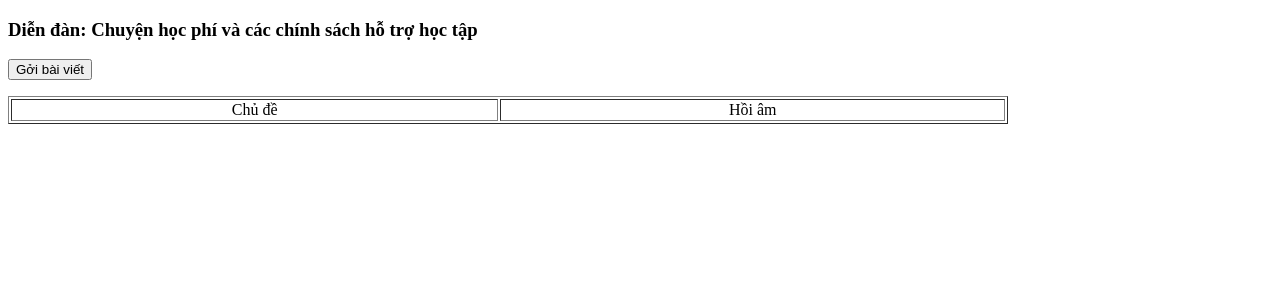
Repository: nguyenthanhnhan-st-961/GiuaKyChuyenDeWeb
Page: http://localhost/listTopics
These files come from the project's save history. The page is drawn as it stood at one moment and after the next save; the edit follows.
The browser window is 1280 px wide. The pictures show the whole page.
The page is this project's Thymeleaf template; nobody is signed in. The template is opened directly, without the code that normally fills it, so the values that code supplies are empty.

Above is the page before, as saved 2023-04-12 01:05:09.

### Forum/src/main/resources/templates/listTopics.html
<!DOCTYPE html>
<html xmlns:th="http://www.thymeleaf.org">
<head>
<meta charset="ISO-8859-1">
<title>List Topics</title>
<style>
	tr:nth-child(even), th:nth-child(even) {
	  background-color: #D6EEEE;
	}
</style>
</head>
<body>
	<h3>Diễn đàn: Chuyện học phí và các chính sách hỗ trợ học tập</h3>

	<p> <a href="#"><button type="button">Gởi bài viết</button></a></p>

	<table border="1" style="width:1000px">
		<thead>
			<tr align="center">
				<td>Chủ đề</td>
				<td>Hồi âm</td>
			</tr>
		</thead>
		<tbody>
			<tr th:each="topic : ${topics}">
				<td>
					<a th:href="@{/showTopic (id=${topic.getId()})}" th:text="${topic.title}"></a><br>
						 <p th:with="newMessage=${topic.getNewMessage()}">
							 Bài mới nhất by
							 <a href="#" th:if="${newMessage != null}" th:text="${newMessage.creator.username}"></a>,
							 <a href="#" th:if="${newMessage == null}" th:text="${topic.creator.username}"></a>,
							<span th:text="${topic.createdTime}"></span>

						 </p>
				</td>
				<td th:text="${topic.messages.size()}"></td>
			</tr>
		</tbody>
	</table>
</body>
</html>

After the next save:
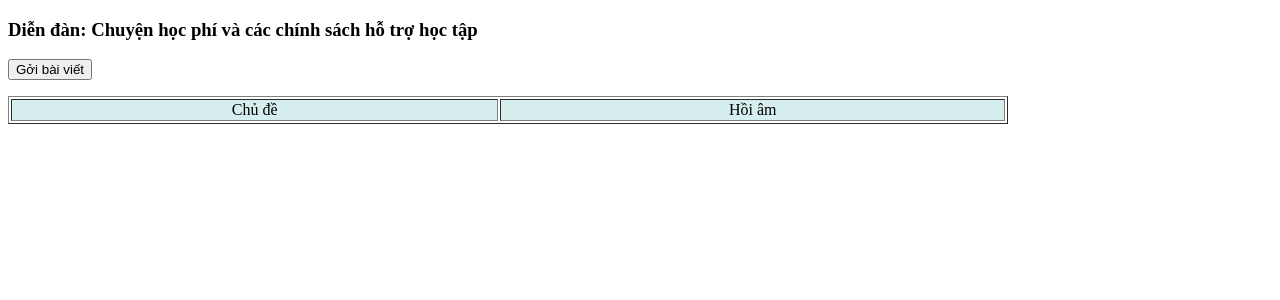
Saved 116 s later.
--- a/Forum/src/main/resources/templates/listTopics.html
+++ b/Forum/src/main/resources/templates/listTopics.html
@@ -6,6 +6,9 @@
 <style>
 	tr:nth-child(even), th:nth-child(even) {
 	  background-color: #D6EEEE;
+	}
+	thead{
+		background-color: #D6EEEE;
 	}
 </style>
 </head>

After the save that followed:
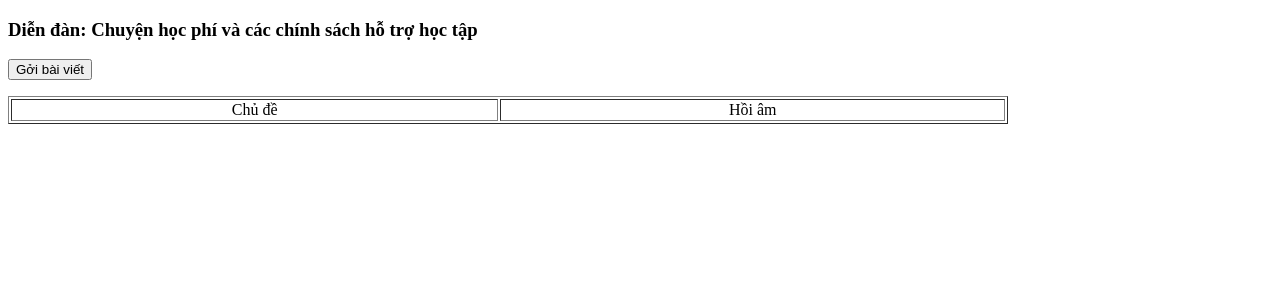
Saved 2 min 36 s later.
--- a/Forum/src/main/resources/templates/listTopics.html
+++ b/Forum/src/main/resources/templates/listTopics.html
@@ -8,7 +8,7 @@
 	  background-color: #D6EEEE;
 	}
 	thead{
-		background-color: #D6EEEE;
+		background-color: ##808080;
 	}
 </style>
 </head>
